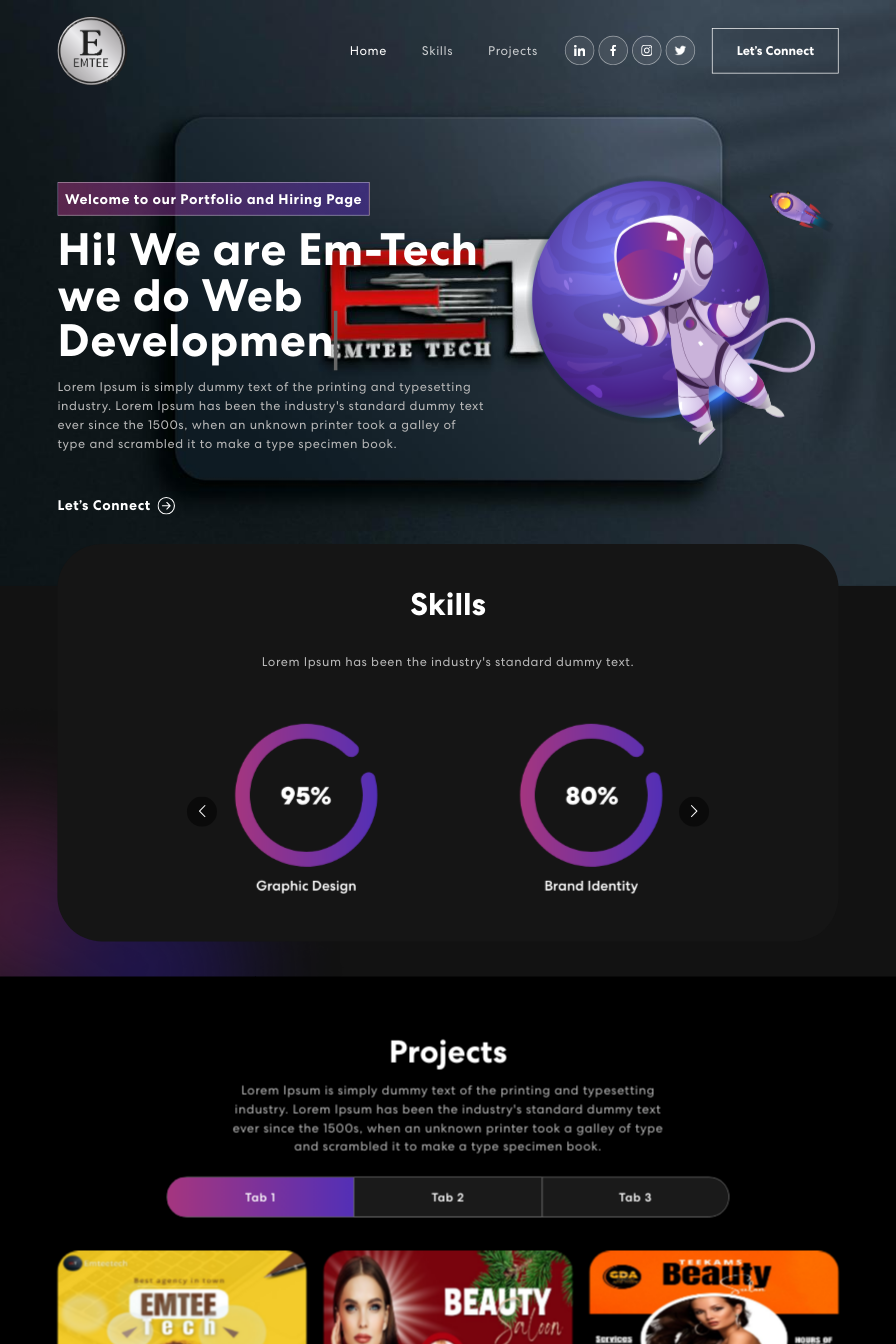
Repository: EmmanuelKeifala/emtee
Page: /
The author's editor kept a copy of each file at every save. The page is drawn from the files as they stood at one save, then again after the next save.
The browser window is 1280 px wide. The pictures show the part of the page from y = 0 to 1920 px (the page is 3404 px tall before and 3791 px after), at 70% of full size.
The project was rebuilt for these pictures with package versions that can differ from the ones it lists, and the page was loaded fresh each time. Some packages were replaced by stand-ins written for this rebuild.

Above is the page before, as saved 2022-09-30 17:04:57.

After the next save:
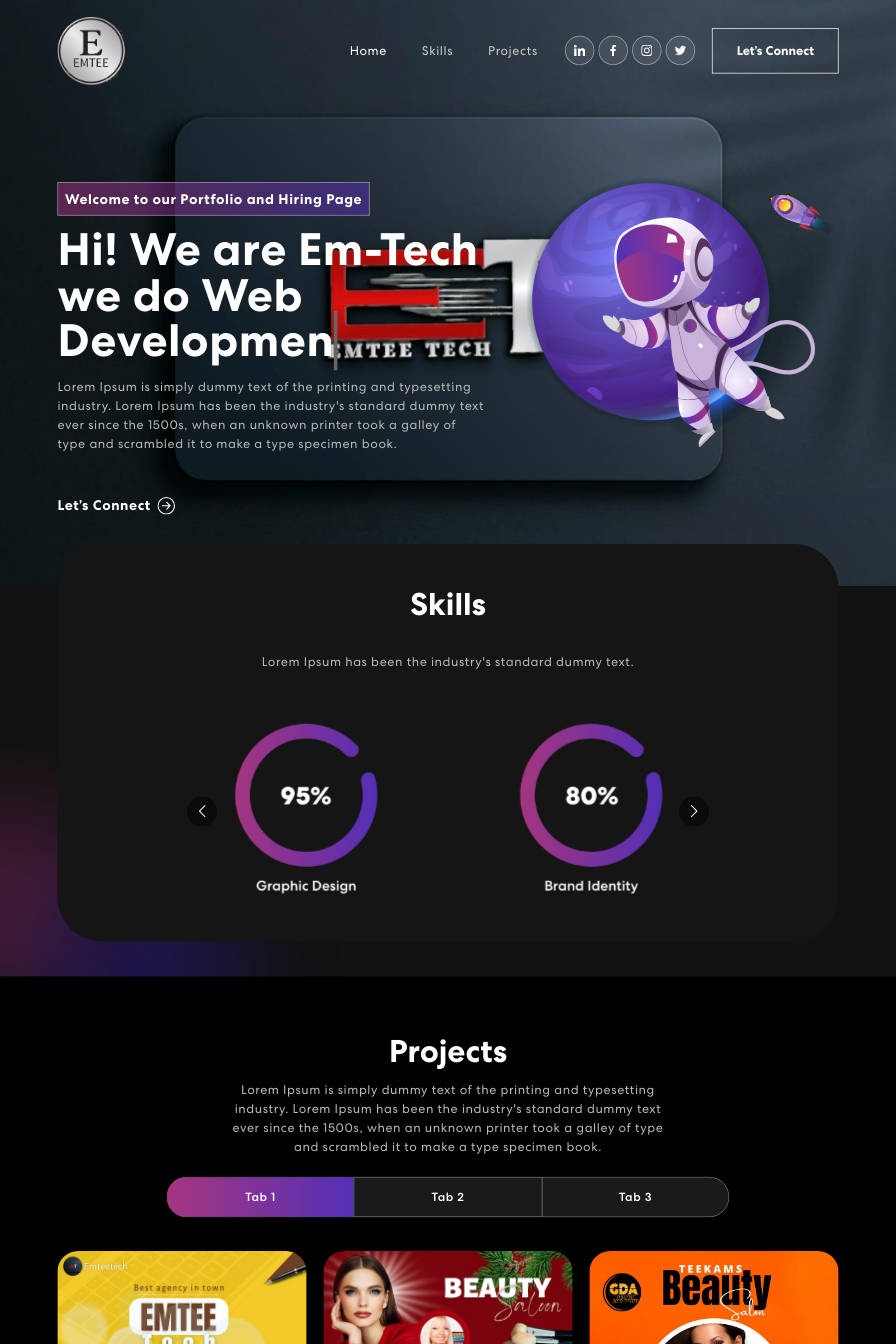
Saved 84 s later.
--- a/src/Components/ProjectCard.jsx
+++ b/src/Components/ProjectCard.jsx
@@ -4,7 +4,7 @@
   return (
     <Col size={12} sm={6} md={4}>
       <div className="proj-imgbx">
-        <img src={imgUrl} className="prop-image" />
+        <img src={imgUrl} />
         <div className="proj-txtx">
           <h4>{title}</h4>
           <span>{description}</span>

After the save that followed:
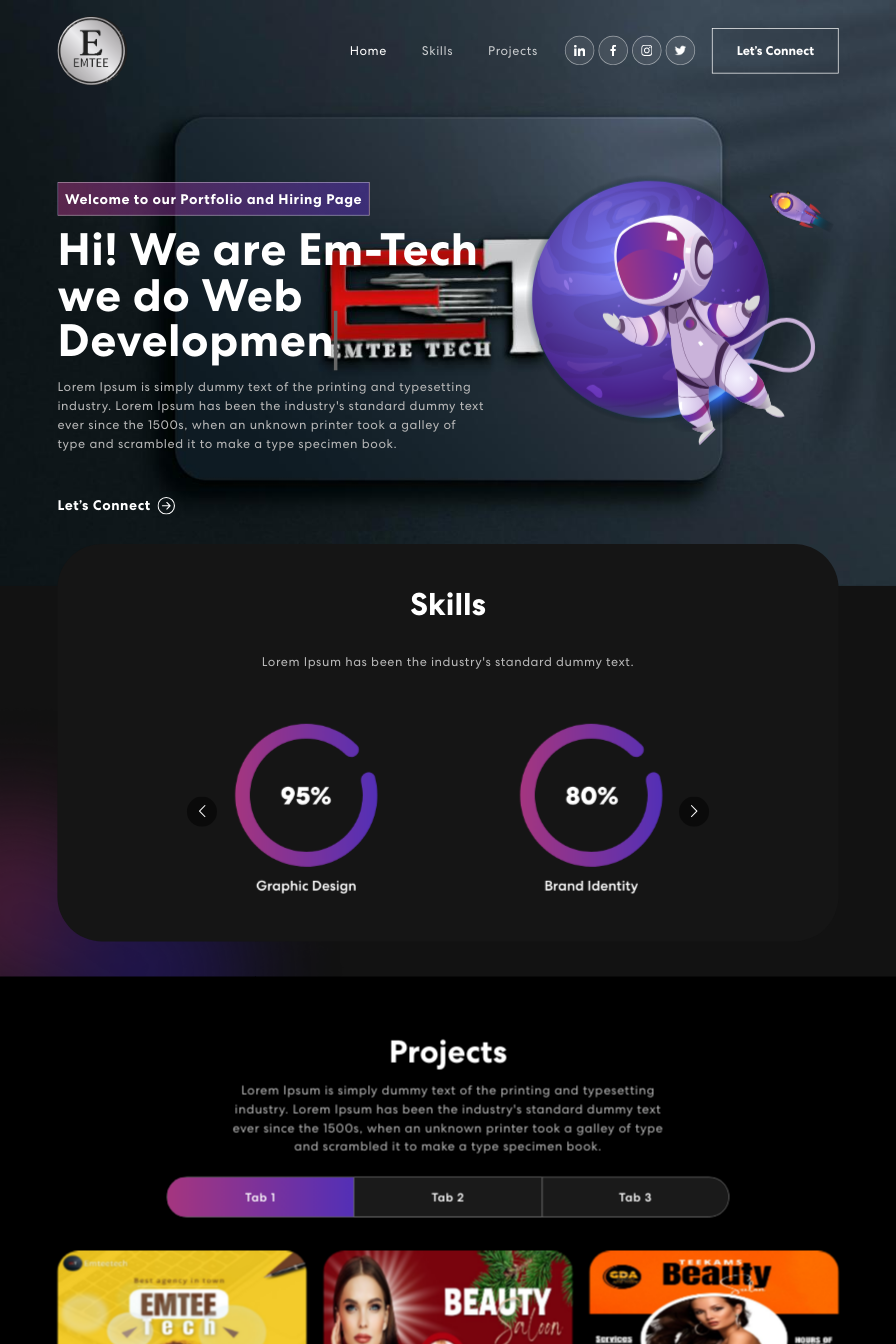
Saved 11 s later.
--- a/src/Components/ProjectCard.jsx
+++ b/src/Components/ProjectCard.jsx
@@ -4,7 +4,7 @@
   return (
     <Col size={12} sm={6} md={4}>
       <div className="proj-imgbx">
-        <img src={imgUrl} />
+        <img src={imgUrl} className="prop-image" />
         <div className="proj-txtx">
           <h4>{title}</h4>
           <span>{description}</span>
